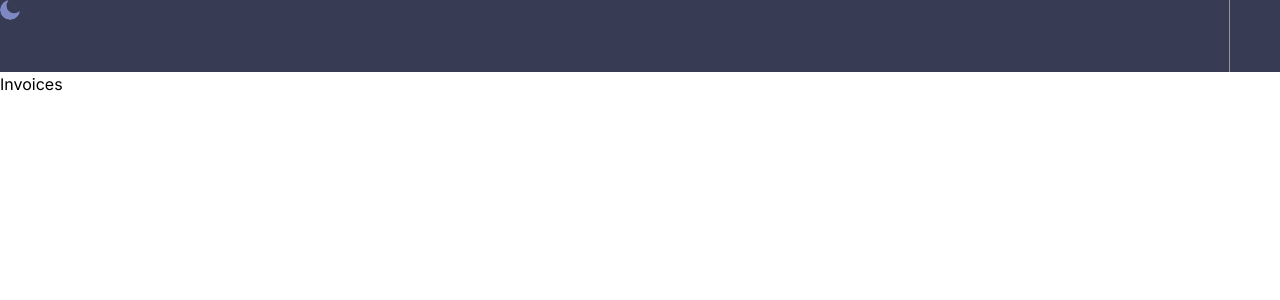
Repository: theoneswhodead/invoice-app
Page: /
An editor plug-in stored every save of this project. The page is shown before and after the next save, followed by the edit.
The browser window is 1280 px wide. The pictures show the whole page.
The project was rebuilt for these pictures with package versions that can differ from the ones it lists, and the page was loaded fresh each time. The framework's server and built-in components were replaced by stand-ins that run in the browser. Also part of the build but not shown: next.config.mjs.

Above is the page before, as saved 2024-08-19 17:44:02.

After the next save:
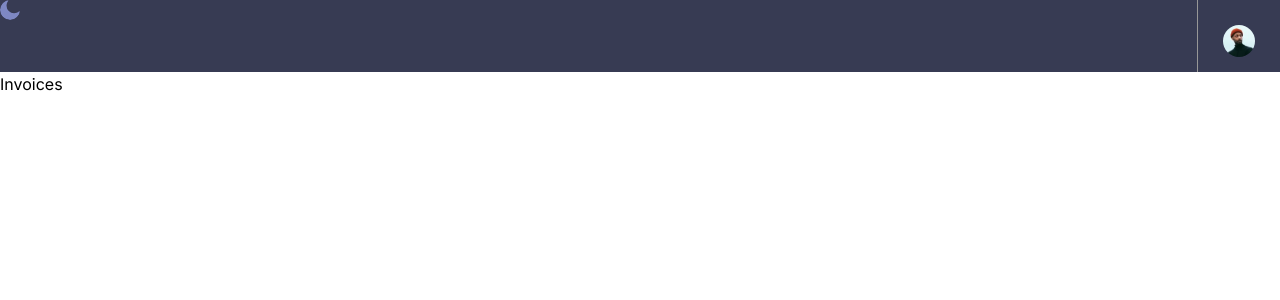
Saved 5 s later.
--- a/app/components/BarMenu.tsx
+++ b/app/components/BarMenu.tsx
@@ -22,7 +22,7 @@ const BarMenu = () => {
             width={32}
             height={32}
             alt="Avatar"
-            className='rounded-full p-[25px]'
+            className='rounded-full m-[25px]'
         />
       </div>
     </nav>
